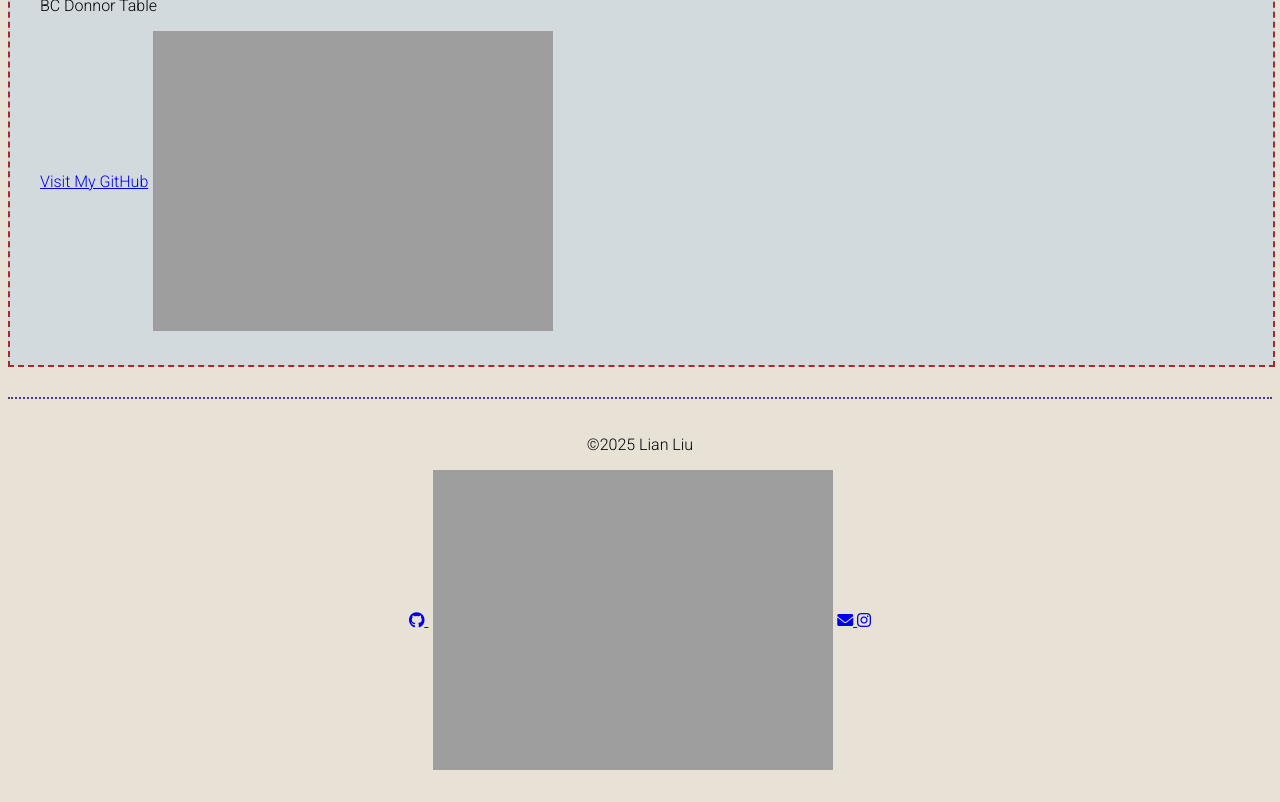
Repository: liulian26/CS5610
Page: assignment-1-liulian26/index.html
An editor plug-in stored every save of this project. The page is shown before and after the next save, followed by the edit.
The browser window is 1280 px wide. The pictures show the part of the page from y = 922 to 1874 px (the page is 1724 px tall before and 1874 px after).
Pictures or frames that could not be fetched are drawn as grey boxes. A picture or video elsewhere on the page could not be fetched, so the positions and the page height are approximate.

Above is the page before, as saved 2025-02-01 01:01:16.

### assignment-1-liulian26/index.html
<!DOCTYPE html>
<html lang="en">
<head>
    <meta charset="UTF-8">
    <title>My Portfolio</title>
    <link rel="stylesheet" href="css/styles.css">
    <link rel="stylesheet" href="https://cdnjs.cloudflare.com/ajax/libs/font-awesome/6.0.0/css/all.min.css">
</head>
<body>
    <header>
        <h1>Mila(Lian) Liu</h1>
        <p id="role">Student</p>
        <figure>
            <img src="images/snow.jpg" alt="Me" class="center-image" />
            <figcaption>Me</figcaption>
          </figure>
        <nav>
            <ul>
                <li><a href="index.html">Home</a></li>
                <li><a href="pages/education.html">Education</a></li>
                <li><a href="pages/hobbies.html">Hobbies</a></li>
            </ul>
        </nav>
    </header>

    <main>
      <section id="about">
        <h2>About Me</h2>
        <p>Hello! My name is Lian Liu, also can call me Mila. </p>
        <p>I am currently studying at Northeastern University, majoring in computer science.</p>
        <p>Welcome to my personal website!</p>
    </section>

      <section id="projects">
        <h2>My Projects</h2>
        <p>Check out some of my recent projects below.</p>
            <p>BC Donnor Table </p>
            <a href="https://github.com/liulian26" target="_blank">Visit My GitHub</a>
        </section>
    </main>

    <footer>
        <p>&copy;2025 Lian Liu </p>
        <a href="https://github.com/liulian26" target="_blank">
            <i class="fab fa-github"></i>
        </a>
        <a href="mailto:liu.lian1@northeastern.edu">
            <i class="fas fa-envelope"></i>
        <a href="https://www.instagram.com/lian.liu26?igsh=dmFub2MxcnJlZHEz&utm_source=qr" target="_blank">
            <i class="fab fa-instagram"></i>
        </a>
    </footer>
  </body>
</html>

### assignment-1-liulian26/css/styles.css
@import url('https://fonts.googleapis.com/css2?family=Roboto:wght@300&display=swap');

header {
    text-align: center;
    border-bottom: 2px dotted darkslateblue;
    padding-bottom: 5px;

}

#role {
    font-weight: bold;
}

h1 {
    color: #1050aa;
    font-family: Georgia, 'Times New Roman', Times, serif;
    font-size: 2.2em;
}

nav ul {
    list-style-type: none;
    padding: 0;
    text-align: center;
}

nav ul li {
    display: inline;
    margin-right: 0 20px;
}

nav ul li a {
    text-decoration: none;
    color: #1050aa;
    font-weight: bold;
}

nav ul li a:hover {
    color: crimson;
}

main {
    width: 80%;
    margin: 20 auto;
}

section {
    border: 2px dashed brown;
    padding: 30px;
    margin-bottom: 30px;
    background-color: rgba(126, 191, 251, 0.2);
    width: 119%;
    margin: 20px auto;
}

body {
    background-color: rgb(231, 225, 214);
    font-family: 'Roboto', sans-serif;
}

h2::first-letter {
    font-size: 3rem;
}

.center-image {
    max-width: 26%;
    height: auto;
    display: block;
    margin: 10px auto;
}

.school-logo {
    max-width: 20%;
    height: auto;
    display: block;
    margin-top: auto;
}

figure {
    text-align: center;
}

figcaption {
    font-style: italic;
    color: goldenrod;
}

footer {
    text-align: center;
    padding: 20px;
    border-top: 2px dotted darkslateblue;
    margin-top: 30px;

}

.projects {
    border: 2px dashed brown;
    margin: 10px 0;
}

a[href*="github"]:hover {
    color: crimson;
}

a[href*="github"]::after {
    content: url(../images/GitHub-Mark-32px.png);
    margin-left: 5px;
    vertical-align: middle;
}


header a:visited {
    color: rgb(237, 122, 127);
}

After the next save:
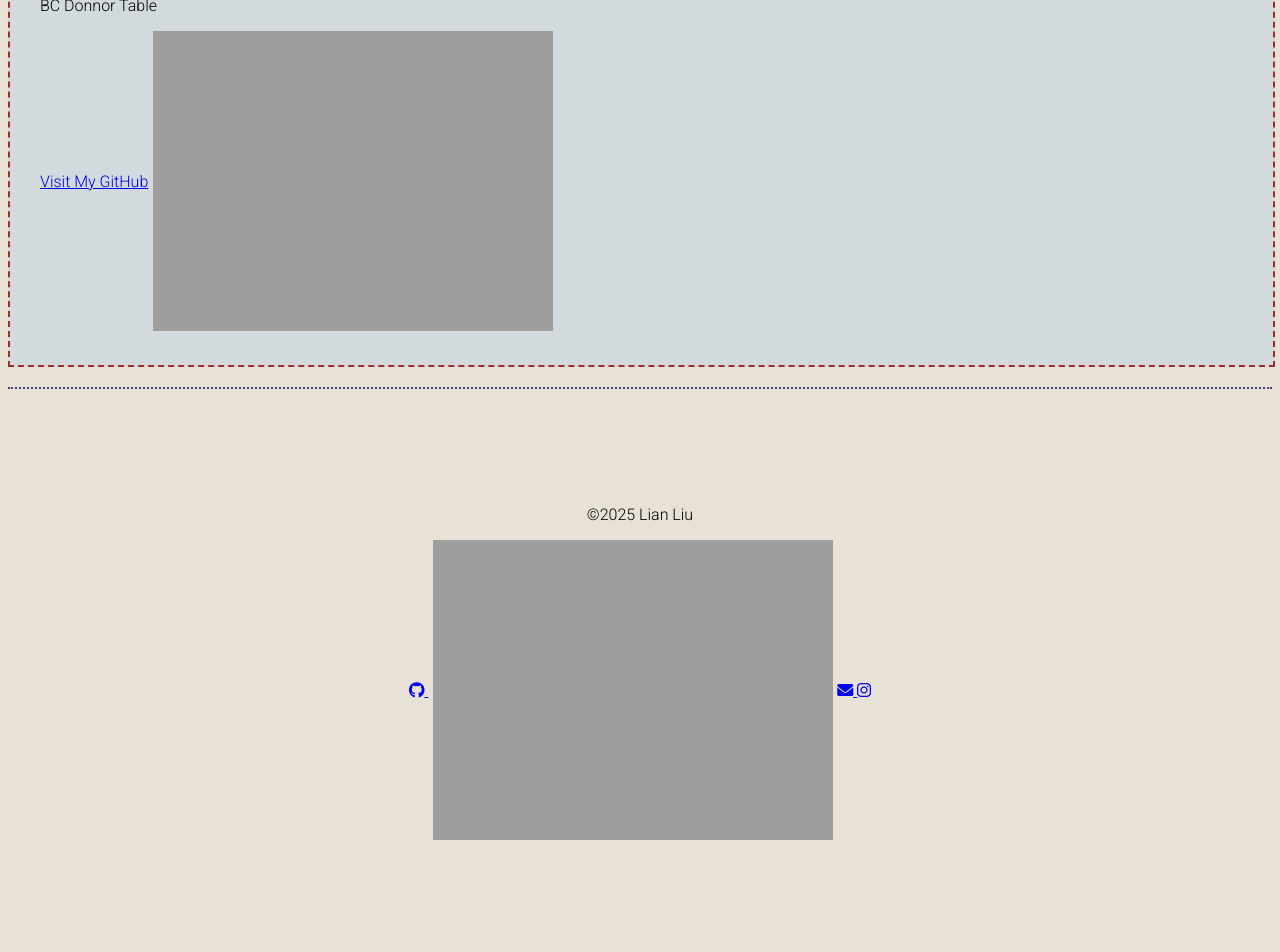
Saved 21 s later.
--- a/assignment-1-liulian26/css/styles.css
+++ b/assignment-1-liulian26/css/styles.css
@@ -86,9 +86,9 @@ figcaption {
 
 footer {
     text-align: center;
-    padding: 20px;
+    padding: 100px;
     border-top: 2px dotted darkslateblue;
-    margin-top: 30px;
+
 
 }
 
